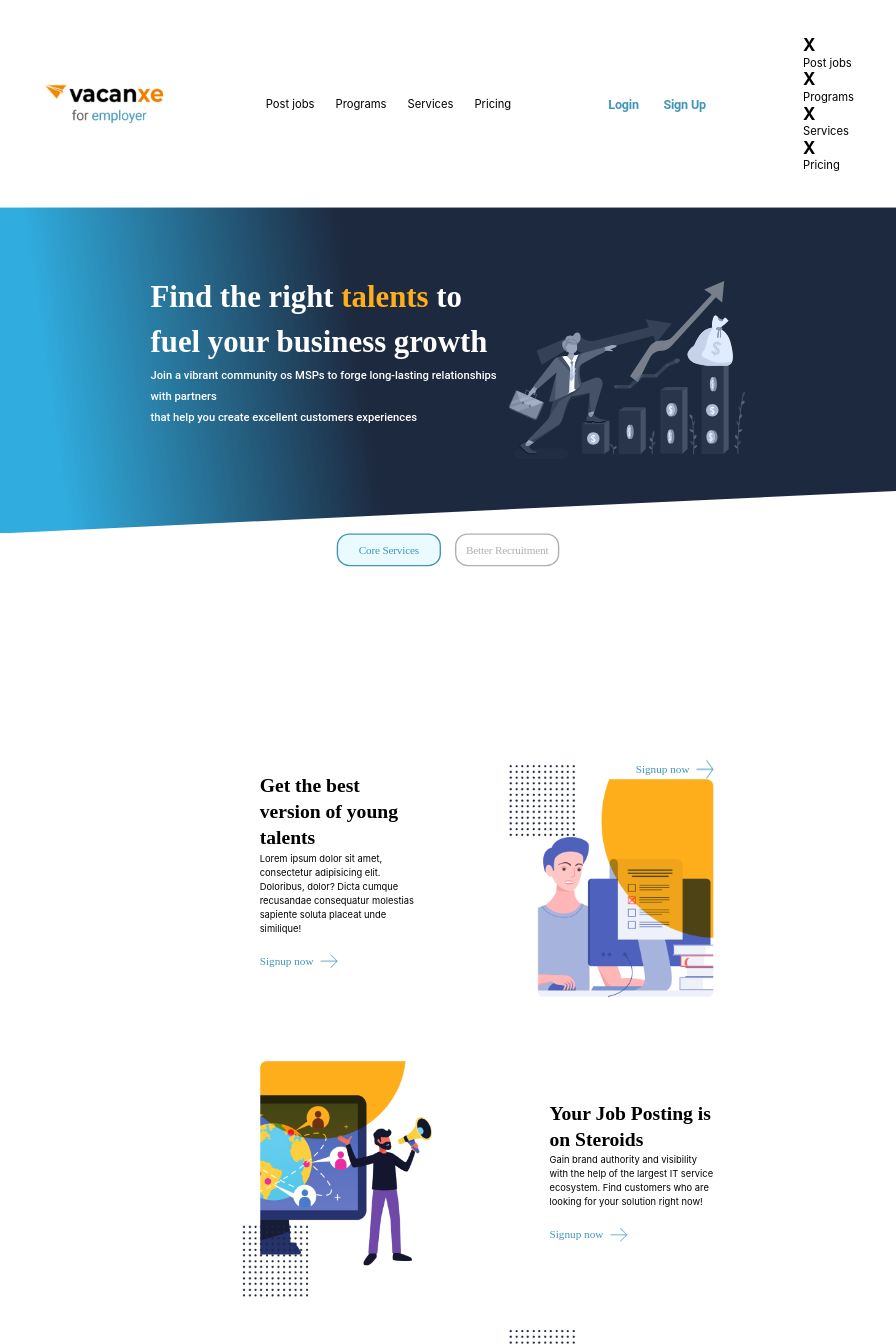
Repository: uh-sman/Vacanxe
Page: /, after clicking the first element matching `img.burger-img`
These files come from the project's save history. The page is drawn as it stood at one moment and after the next save; the edit follows.
The browser window is 1280 px wide. The pictures show the part of the page from y = 0 to 1920 px (the page is 3870 px tall before and 3902 px after), at 70% of full size.
The project was rebuilt for these pictures with package versions that can differ from the ones it lists, and the page was loaded fresh each time.

Above is the page before, as saved 2022-12-04 15:39:47.

### src/App.js
import logo from "./logo.svg";
import "./App.css";
import Head from "./components/Head";

function App() {
  return (
    <div className="App">
      <Head />
    </div>
  );
}

export default App;

### src/App.css
* {
  margin: 0;
  padding: 0;
  box-sizing: border-box;
  list-style: none;
  text-decoration: none;
  /* overflow: hidden; */
}
/* @keyframes App-logo-spin {
  from {
    transform: rotate(0deg);
  }
  to {
    transform: rotate(360deg);
  }
} */

### src/components/Body.jsx
import React from "react";
import "./version.css";
import { Services } from "./Services";
import { Versions } from "./Versions";
export const Body = () => {
  return (
    <div>
      <Services />
      <div className="flex">
        <Versions />
      </div>
    </div>
  );
};

### src/components/Footer.jsx
import React from "react";
import logo from "../assets/logo 1.png";
import "./footer.css";
export const Footer = () => {
  return (
    <div>
      <div className="footer-section">
        <div className="image-logo">
          <img src={logo} />
        </div>
        <div className="footer-texts">
          <div className="div">
            <p className="text">
              Your ultimate email solution to grow business and engaging with
              future customers and clients.
            </p>
            <button className="button">Ask Question</button>
          </div>
          <div className="div">
            <ul>
              <h4>Community</h4>
              <li>For Talents</li>
              <li>For Companies</li>
              <li>Facebook Group</li>
              <li>FAQ</li>
            </ul>
          </div>
          <div className="div">
            <ul>
              <h4>About us</h4>
              <li>Meet the Team</li>
              <li>Our Story</li>
              <li>Career</li>
            </ul>
          </div>
          <div className="div">
            <ul>
              <h4>Contacts</h4>
              <p>
                Feel free to get in touch with us via phone or send us a message
              </p>
            </ul>
          </div>
        </div>
        <div className="div">
          <ul>
            <li className="copyright">
              &copy;Vacanxe 2022, All Rights Reserved
            </li>
            <li></li>
          </ul>
        </div>
      </div>
    </div>
  );
};

### src/components/Hero.jsx
import React from "react";
import "./hero.css";
import partner from "../assets/Partner.svg";
export const Hero = () => {
  return (
    <div className="hero">
      <div>
        <div className="container">
          <div className="hero-container">
            <div className="hero-content">
              <h1 className="header">
                Find the right <span>talents</span> to fuel your business growth
              </h1>
              <small className="text">
                Join a vibrant community os MSPs to forge long-lasting
                relationships with partners
                <br /> that help you create excellent customers experiences
              </small>
            </div>
            <div>
              <img src={partner} className="partner-img" />
            </div>
          </div>
        </div>
      </div>
    </div>
  );
};

### src/components/Navbar.jsx
import React, { useRef, useState } from "react";
// import { NavLink } from "react-router-dom";
import logo from "../assets/logo 1.png";
import { data } from "./data";
import { signin } from "./data";
import "./navbar.css";
import { SideNav } from "./SideNav";
export const Navbar = () => {
  const [activeLink, setActiveLink] = useState();
  return (
    <div>
      <nav className="navbar-container">
        <div className="logo-div">
          <img src={logo} />
        </div>
        <div className="navbar-nav">
          {data.map(({ id, title }) => {
            return (
              <ul key={id}>
                <a>{title}</a>
              </ul>
            );
          })}
        </div>
        {/* <SideNav /> */}
        <div className="link">
          {signin.map(({ id, title }) => {
            return (
              <a href="" key={id}>
                {title}
              </a>
            );
          })}
        </div>

        <div>
          <SideNav />
        </div>
      </nav>
    </div>
  );
};

//  <div className="nav-list"></div>;
// {
// }
//
//

### src/components/Team.jsx
import React from "react";
import { ContactInfo } from "./ContactInfo";
import { Form } from "./Form";
import "./team.css";
export const Team = () => {
  return (
    <div>
      <div className="team-container">
        <div className="team">
          <div className="build">
            <div className="team-header">
              <h1>
                <span className="custom"> Build</span> Your Dream Team !
              </h1>
              <small className="small">
                Start your team development with a free consultation. Fill out
                the form and Vacanxe representative will contact you.
              </small>
            </div>
            <div className="flexed">
              {" "}
              <div>
                <Form />
              </div>
              <div>
                <ContactInfo />
              </div>
            </div>
          </div>
        </div>
      </div>
    </div>
  );
};
// ;

### src/components/version.css
.version-link {
  font-family: Poppins;
  font-size: 16px;
  font-weight: 500;
  line-height: 28px;
  letter-spacing: 0em;
  color: #4196b8;
  text-align: center;
}
.versions-container {
  margin-top: 80px;
}
.versions-section1 {
  /* display: grid; */
  /* place-items: center; */
  display: flex;
  gap: 162.58px;
  justify-content: center;
  align-items: center;
  margin-bottom: 80px;
  /* padding: 86px 50px; */

  /* grid-template-columns: 1fr 1fr; */
}
.versions-section2 {
  /* display: grid; */
  /* place-items: center; */
  display: flex;
  gap: 162.58px;
  justify-content: center;
  align-items: center;
  margin: auto;
  /* padding: 86px 50px; */

  /* grid-template-columns: 1fr 1fr; */
}
.versions-section1 {
  /* display: grid; */
  /* place-items: center; */
  display: flex;
  gap: 162.58px;
  justify-content: center;
  align-items: center;
  margin: auto;
  padding-top: 86px;
  padding-left: 110px;

  /* grid-template-columns: 1fr 1fr; */
}
.text-section {
  width: 20%;
}
.h2 {
  font-family: Poppins;
  font-size: 28px;
  font-weight: 700;
  line-height: 37px;
  letter-spacing: 0em;
  /* text-align: left; */
  /* width: 379px;
  height: 74px; */

  /* font-family: "Poppins";
  font-style: normal;
  font-weight: 700;
  font-size: 28px;
  line-height: 37px; */
}
.man {
  height: 313.4984436035156px;
  width: 251.41943359375px;
  /* left: 872.580078125px;
top: 830.1708984375px;
border-radius: [object Object]px; */
}
.flex {
  display: flex;
  gap: 36px;
}
/* .versions-container {
  display: flex;
  flex-direction: column;
  justify-content: center;
  align-items: center;
  margin: auto;
} */
.dotted {
  position: absolute;
  margin-top: -20px;
  margin-left: -40px;
}
.dotted-2 {
  position: absolute;
  margin-top: 235px;
  margin-left: -24px;
}
.arrow {
  margin-top: 24px;
  display: flex;
  align-items: center;
  gap: 10px;
}
.arrow1 {
  margin-top: 24px;
  display: flex;

  /* align-items: flex-end; */
  justify-content: flex-end;
  gap: 10px;
}
@media only screen and (max-width: 950px) {
  .versions-section1 {
    flex-direction: column;
    padding-left: 0px;
  }
  .text-section {
    width: 60%;
  }
}

### src/components/Services.jsx
import React from "react";
import "./services.css";
export const Services = () => {
  return (
    <div>
      <div>
        <ul className="services-button-section">
          <a className="btn-core">Core Services</a>
          <a className="btn-better">Better Recruitment</a>
        </ul>
      </div>
    </div>
  );
};

### src/components/Versions.jsx
import React from "react";
import "./version.css";
import man from "../assets/computer.png";
import img from "../assets/Group 1.png";
import img2 from "../assets/Group_4.png";
import arrow from "../assets/Group.png";
import dotted from "../assets/Dot Pattern 1.png";
export const Versions = () => {
  return (
    <div>
      <div className="versions-container">
        <div className="versions-section1">
          <div className="text-section">
            <h2 className="h2">Get the best version of young talents</h2>
            <small>
              Lorem ipsum dolor sit amet, consectetur adipisicing elit.
              Doloribus, dolor? Dicta cumque recusandae consequatur molestias
              sapiente soluta placeat unde similique!
            </small>
            <div className="arrow">
              <a className="version-link">Signup now </a>
              <img src={arrow} />
            </div>
          </div>
          <div>
            <div className="arrow1">
              <a className="version-link">Signup now </a>
              <img src={arrow} />
            </div>
            <img src={dotted} className="dotted" />
            <img src={man} className="man" />
          </div>
        </div>
        <div className="versions-section1">
          <div>
            <img src={dotted} className="dotted-2" />
            <img src={img} className="man" />
          </div>
          <div className="text-section">
            <h2 className="h2">Your Job Posting is on Steroids</h2>
            <small>
              Gain brand authority and visibility with the help of the largest
              IT service ecosystem. Find customers who are looking for your
              solution right now!
            </small>
            <div className="arrow">
              <a className="version-link">Signup now </a>
              <img src={arrow} />
            </div>
          </div>
        </div>
        <div className="versions-section1">
          <div className="text-section">
            <h2 className="h2">
              It's like having Your Recruitment on autopilot
            </h2>
            <small>
              Share collaterals abd documents that are automatically branded.
              Leverage a rich partner network that sells your solution exactly
              the your best salesman would.
            </small>
            <div className="arrow">
              <a className="version-link">Signup now </a>
              <img src={arrow} />
            </div>
          </div>
          <div>
            <img src={dotted} className="dotted" />
            <img src={img2} className="man" />
          </div>
        </div>
      </div>
    </div>
  );
};

### src/components/footer.css
.footer-section {
  background: #1d293f;
  /* height: 533px; */
  /* width: 1600px; */
  /* left: 127px; */
  /* top: 0px;
  border-radius: 0px; */
}

.image-logo {
  position: absolute;
  /* top: 0; */
  margin-top: -120px;
  /* left: -2px; */
  /* display: flex;
  align-items: center;
  justify-content: center; */
  background-color: white;
  padding-top: 140px;
  padding-left: 30px;
  /* width: 25%; */
  /* height: 40%; */
  /* padding: 10px; */
  height: 255px;
  width: 255px;
  left: -30px;
  /* top: -105px; */
  border-radius: 0px;

  border-radius: 50%;
}
.button {
  border: none;
  margin-top: 28px;
  color: white;
  background: #00b6ff;
  padding: 10px 30px;
  border-radius: 10px;
}
.ultimate-email {
  color: white;
  position: absolute;
  margin-top: 180px;
  padding-left: 245px;
  /* height: 84px;
  left: 21.54%;
  right: 63.06%;
  top: calc(50% - 84px / 2 - 108.5px); */
}
.footer-texts {
  color: #ffff;
  display: grid;
  padding-top: 80px;
  padding-left: 50px;
  /* margin-left: 120px; */
  margin: 0px 80px;
  place-items: center;
  /* margin-right: 40px; */
  margin-top: 180px;
  grid-template-columns: 1fr 1fr 1fr 1fr;
  padding-bottom: 124px;
  border-bottom: 1px solid #8c97ac;
}
.footer-texts h4 {
  color: #8c97ac;
  margin-bottom: 16px;
}
/* .ultimate-email p {
  width: 40%;
} */
.text {
  margin-top: 100px;
  color: #8c97ac;
}
.copyright {
  color: #8c97ac;
  padding: 10px 90px;
}
@media only screen and (min-width: 650px) and (max-width: 1200px) {
  .footer-texts {
    padding-top: 150px;
    grid-template-columns: 1fr 1fr;
    text-align: center;
  }
  .text {
    margin-top: 0px;
  }
  .div {
    margin-bottom: 40px;
  }
}
@media only screen and (max-width: 650px) {
  .footer-texts {
    padding-left: 0px;
    padding-top: 180px;
    grid-template-columns: 1fr;
    text-align: center;
  }
  .text {
    margin-top: 0px;
  }
  .div {
    margin-bottom: 40px;
  }
}

### src/components/hero.css
.hero-container {
  /* position: relative; */
  display: flex;
  justify-content: center;
  /* align-items: center; */
  /* gap: 10px; */
  background: linear-gradient(
    261.8deg,
    #1d293f 59.05%,
    rgba(0, 153, 214, 0.81) 92.75%
  );
  clip-path: polygon(0 0, 100% 0, 100% 87%, 0% 100%);
  height: 466px;

  /* height: 400px; */
  /* width: 1511.9998779296875px; */
  /* left: 0px;
  top: 133px; */
  border-radius: 0px;
}
/* .hero {
  position: relative;
} */
.header {
  color: white;
  font-family: Poppins;
  font-size: 44px;
  font-weight: 700;
  /* width: 40%; */
  /* position: absolute; */
  /* margin-left: 30%; */
  line-height: 65px;
  letter-spacing: 0em;
  /* text-align: center; */
}
.header span {
  color: #ffae1b;
  /* height: 130px; */
  /* width: 620px; */
  /* left: 84.5px;
  top: 0px;
  border-radius: nullpx; */
}
.hero-content {
  color: white;
  padding-top: 95px;
  width: 40%;
}
.text {
  color: white;
  /* padding-top: -40px; */
  /* position: absolute; */
  /* width: 36%; */
  padding-top: 30px;
  /* margin-left: 30%; */
  font-family: Roboto;
  font-size: 16px;
  font-weight: 500;
  line-height: 30px;
  /* text-align: center; */
  letter-spacing: 0em;
}
/* .container {
  display: flex;
} */
.partner-img {
  margin-top: 30%;
  /* height: 259.00042724609375px;
  width: 337.5585021972656px;
  left: 1069px;
  top: 238.9998779296875px;
  border-radius: 0px; */
  /* position: absolute; */
  /* left: 70.7%; */
  /* right: 6.97%; */
  /* top: 6.33%; */
  /* bottom: 86.8%; */

  mix-blend-mode: luminosity;
}
@media only screen and (max-width: 950px) {
  .hero-container {
    align-items: center;
    height: 1000px;
    flex-direction: column;
    /* flex-wrap: wrap; */
  }
  .hero-content {
    padding-top: 0px;
  }
  .partner-img {
    margin-top: 20px;
    margin-bottom: 90px;
  }
  /* .hero-content {
    width: 100vw;
  } */
}

### src/components/navbar.css
.navbar-container {
  display: flex;
  align-items: center;
  justify-content: space-between;
  margin: 50px 60px;
  /* gap: 290px; */
}
.nav-list {
  display: flex;
  gap: 30px;
}
.logo-div {
  /* margin-right: 120px; */
}
.navbar-nav {
  /* margin-right: 240px; */
  display: flex;
  gap: 30px;
}
.nav-list ul li {
  /* height: 43px; */
  width: 83px;
  /* left: 770px; */
  /* top: 36px; */
  /* border-radius: nullpx; */
}
.link {
  /* margin-right: 80px; */
  display: flex;
  /* margin-left: 120px; */
  /* justify-content: flex-end; */
  /* align-items: flex-end; */
  gap: 35px;
}
.link a {
  font-family: Roboto;
  font-size: 18px;
  font-weight: 700;
  line-height: 21px;
  letter-spacing: -0.015em;
  /* text-align: left; */

  color: #4196b8;
  /* height: 31px; */
  /* width: 111px; */
  /* left: 1221px; */
  /* top: 47px; */
  /* border-radius: nullpx; */
}
.burger-img {
  width: 50px;
}
.close {
  box-shadow: #4196b8;
}
/* .navbar-nav .activeLink {
  border-bottom: 4px solid #4eb9e3;
} */
@media only screen and (max-width: 1200px) {
  .navbar-nav {
    display: none;
  }
  .sidebar-container {
    /* display: inline-block; */
    /* margin: 0 0.5rem; */
    /* animation: slideInRight 2s; */
    /* animation-duration: 2s; */
    border-top-left-radius: 10px;
    border-bottom-left-radius: 10px;
    z-index: 100;
    height: 100%;
    width: 60%;
    top: 0px;
    right: 0px;
    /* background-color: #222222; */
    background-color: #fff;
    border: 2px solid gray;
    position: fixed;
  }
}

### src/components/SideNav.jsx
import React, { useState } from "react";
import "./navbar.css";
import burger from "../assets/burger-menu.png";
import { data } from "./data";
export const SideNav = () => {
  const [open, setOpen] = useState(false);
  return (
    <div>
      {open ? (
        data.map(({ title, id }) => {
          return (
            <div key={id} className="sidebar-container">
              <div className="close">
                <h1>X</h1>
              </div>
              <ul>
                {/* <h1></h1> */}
                <li>{title}</li>
              </ul>
            </div>
          );
        })
      ) : (
        <img
          src={burger}
          className="burger-img"
          onClick={(e) => setOpen(!open)}
        />
      )}
    </div>
  );
};

### src/components/ContactInfo.jsx
import React from "react";
import "./contact.css";
import location from "../assets/Location.png";
import message from "../assets/Message.png";
import twitter from "../assets/twitter.png";
import facebook from "../assets/facebook.png";
import instagram from "../assets/instagram.png";
import linkedin from "../assets/linkedin.png";
import stroke from "../assets/Stroke 5.png";
export const ContactInfo = () => {
  return (
    <div>
      <div className="contact-container">
        <h1 className="header-text">Contact info:</h1>
        <div className="contact-section">
          <div>
            <p className="contact">
              <img src={location} /> 4157 Washington Ave. Manchester, Kentucky
              39495
            </p>
          </div>
          <div>
            <ul className="contact-list">
              <div>
                <img src={stroke} />
              </div>
              <div>
                <li>(505) 555-0119</li>
                <li>(505) 555-0120</li>
                <li>(505) 555-0125</li>
              </div>
            </ul>
          </div>
          <div>
            <p className="contact">
              <img src={message} /> Consult@Vacanxe.com
            </p>
          </div>
          <div>
            <h2>Follow us:</h2>
            <div className="socials">
              <img src={facebook} />
              <img src={twitter} />
              <img src={linkedin} />
              <img src={instagram} />
            </div>
          </div>
        </div>
      </div>
    </div>
  );
};

### src/components/Form.jsx
import React from "react";
import { ContactInfo } from "./ContactInfo";
import "./form.css";
export const Form = () => {
  return (
    <div>
      <div className="team-section">
        <div>
          <form className="form-container">
            <div className="form">
              <label>Your name</label>
              <input className="input-field" placeholder="Enter your name" />
            </div>
            <div className="form">
              <label>Your email</label>
              <input className="input-field" placeholder="Enter your email" />
            </div>
            <div className="form">
              <label>Your Phone Number</label>
              <input
                className="input-field"
                placeholder="Enter your phone number"
              />
            </div>
            <div className="form">
              <label>Your Company Name</label>
              <input
                className="input-field"
                placeholder="Enter your Company Name"
              />
            </div>
            <div className="form">
              <label>Message</label>
              <input className="message" placeholder="Type here..." />
            </div>
            <button className="form-button">Consult with us</button>
          </form>
        </div>
      </div>
    </div>
  );
};

### src/components/team.css
.team-container {
  background: #f4fbff;
  /* height: 1101px; */
  /* width: 1539px; */
  /* left: -14px;
top: 2142px; */
  border-radius: 0px;
}
.custom {
  border-bottom: 4px solid #4eb9e3;
}
.build {
  color: #4b4c4e;
}
.flexed {
  margin: 73px 0px;
  display: flex;
  gap: 98px;
}
.team {
  display: flex;
  justify-content: center;
  padding: 64px 0px;
}
/* .small {
  padding-bottom: 73px;
} */
@media only screen and (max-width: 950px) {
  .flexed {
    flex-direction: column;
  }
  .team-header {
    text-align: center;
  }
}

### src/components/services.css
.services-button-section {
  display: flex;
  gap: 20px;
  justify-content: center;

  margin-bottom: 86px;
}
.btn-core {
  font-family: Poppins;
  font-size: 16px;
  font-weight: 500;
  line-height: 24px;
  letter-spacing: -0.015em;
  text-align: center;
  border: 2px solid #4196b8;
  height: 47px;
  width: 149px;
  display: flex;
  align-items: center;
  justify-content: center;
  border-radius: 18px;
  background-color: #e9fbff;
  color: #4196b8;
}
.btn-better {
  font-family: Poppins;
  font-size: 16px;
  font-weight: 500;
  line-height: 24px;
  letter-spacing: -0.015em;
  text-align: center;
  border: 2px solid #afafaf;
  height: 47px;
  width: 149px;
  display: flex;
  align-items: center;
  justify-content: center;
  border-radius: 18px;
  background-color: #ededed 10%;
  color: #afafaf;
}
@media only screen and (max-width: 450px) {
  .services-button-section {
    gap: 20px;
    flex-direction: column;
    align-items: center;
    margin-bottom: 0px;
  }
}

### src/components/contact.css
.header-text {
  /* height: 28px;
  width: 132px;
  left: 931px;
  top: 2435px;
  border-radius: nullpx; */
}
.contact {
  display: flex;
  align-items: center;
  gap: 20px;
}
.contact-section {
  display: flex;
  flex-direction: column;
  gap: 40px;
  margin: 30px 0px;
}
.contact-list {
  display: flex;
  gap: 20px;
}
.socials {
  margin-top: 16px;
  display: flex;
  gap: 10px;
}
@media only screen and (max-width: 750px) {
  .contact-container {
    padding: 0px 30px;
  }
}

### src/components/form.css
.form {
  display: flex;
  flex-direction: column;
}
.form label {
  height: 22px;
  width: 78px;
  left: 263px;
  top: 2409px;
  border-radius: nullpx;
}
.input-field {
  padding: 0px 24px;
  height: 55px;
  width: 574px;
  left: 259px;
  top: 2536px;
  border-radius: 10px;
  border: 1px solid #c8d0da;
  outline: transparent;
}
.message {
  padding: 0px 24px;
  height: 203px;
  width: 574px;
  left: 259px;
  /* top: 2839px; */
  border: 1px solid #c8d0da;
  border-radius: 10px;
  outline: transparent;
}
.form-button {
  font-family: Rubik;
  font-size: 14px;
  font-weight: 700;
  line-height: 16px;
  /* letter-spacing: 0em; */
  /* text-align: left; */

  margin-top: 19px;
  border: none;
  color: white;
  background-color: #4eb9e3;
  height: 40px;
  width: 215px;
  left: 257px;
  top: 3061px;
  border-radius: 8px;
  padding: 12px 24px 12px 24px;
}
.form-container {
  display: flex;
  flex-direction: column;
  align-items: center;
  justify-content: center;
}
/* .team-section {
  display: flex;
  justify-content: center;
  align-items: center;
} */

@media only screen and (min-width: 200px) and (max-width: 600px) {
  .input-field {
    width: 250px;
  }
  .message {
    width: 250px;
  }
}

Loaded but not shown: public/index.html (common file); src/index.css (common file); src/reportWebVitals.js (common file); src/index.js (20 lines, source omitted); src/components/Head.js (21 lines, source omitted); src/components/data.js (29 lines, source omitted)

After the next save:
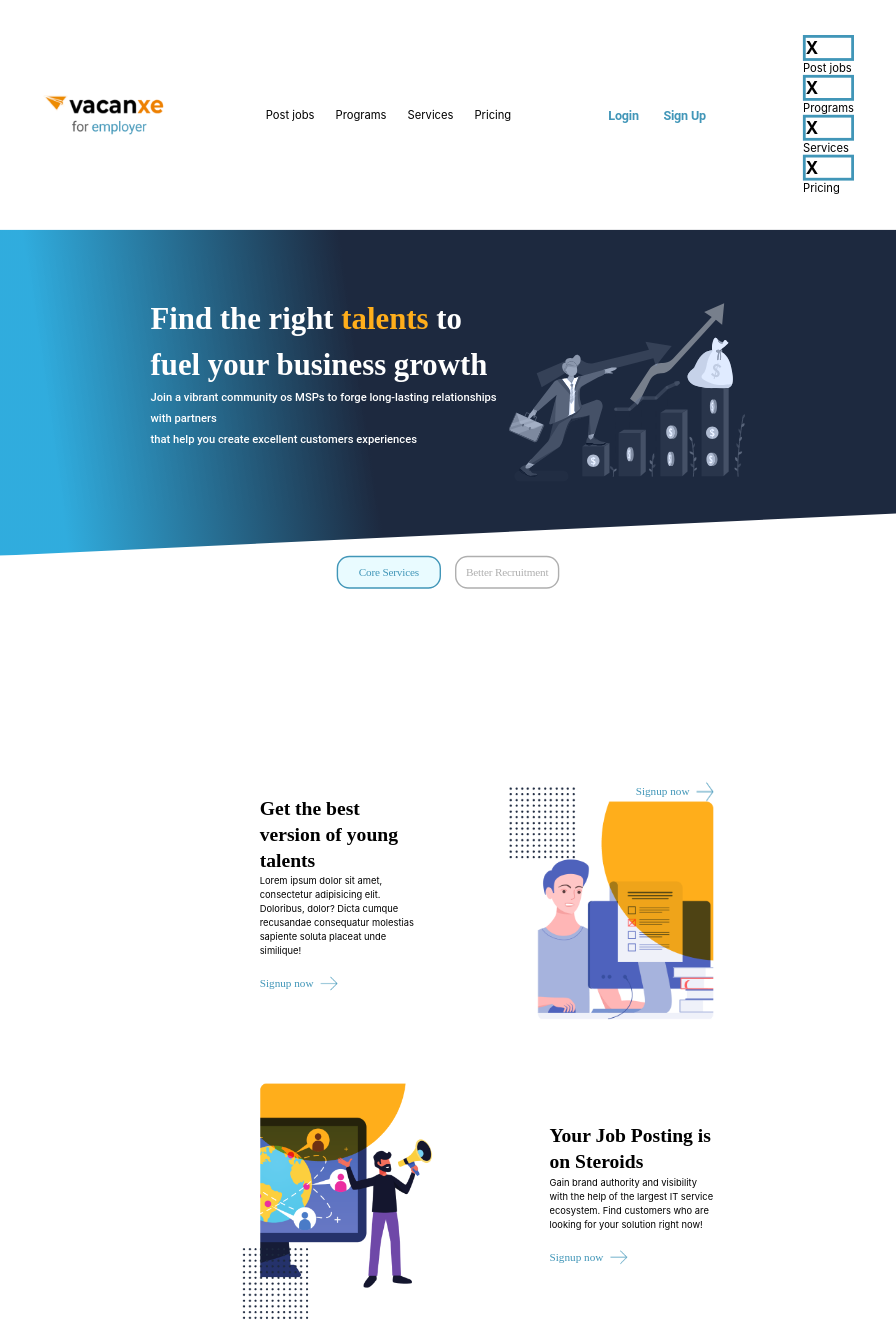
Saved 25 s later.
--- a/src/components/navbar.css
+++ b/src/components/navbar.css
@@ -52,6 +52,7 @@
 }
 .close {
   box-shadow: #4196b8;
+  border: 4px solid #4196b8;
 }
 /* .navbar-nav .activeLink {
   border-bottom: 4px solid #4eb9e3;
